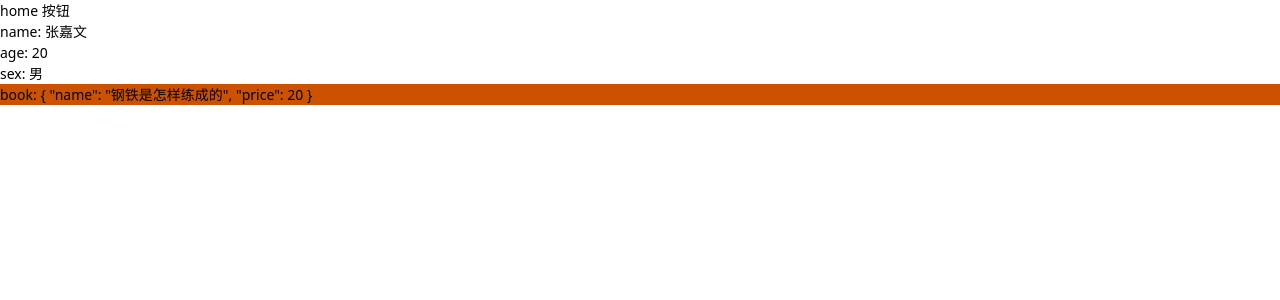
Repository: 596178924/vue3-ts-app
Page: /
These files come from the project's save history. The page is drawn as it stood at one moment and after the next save; the edit follows.
The browser window is 1280 px wide. The pictures show the whole page.
The project was rebuilt for these pictures with package versions that can differ from the ones it lists, and the page was loaded fresh each time. Also part of the build but not shown: vite.config.ts.

Above is the page before, as saved 2022-11-09 16:44:17.

After the next save:
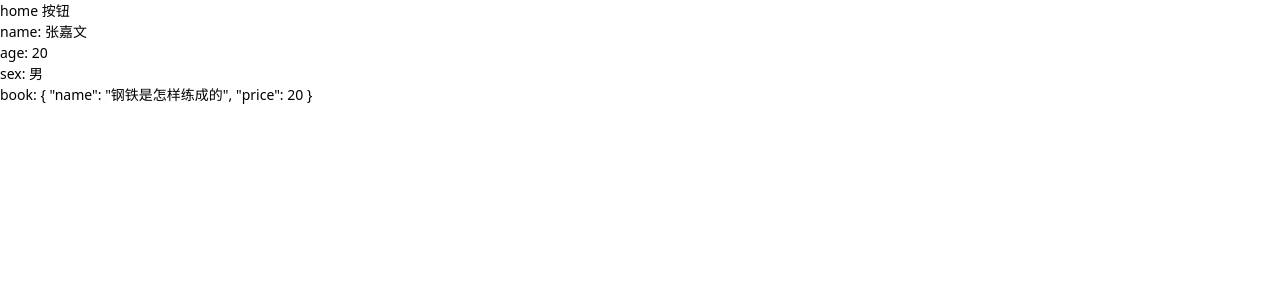
Saved 14 s later.
--- a/src/views/home/index.vue
+++ b/src/views/home/index.vue
@@ -25,14 +25,4 @@ const book = ref<Book>({
 </script>
 
 <style lang="less" scoped>
-// @selectors: blue, green, red;
-
-// each(@selectors, {
-//   .color-@{value} {
-//     color: @value;
-//   }
-// });
-.test {
-	background-color: multiply(#ff6600, #ccc);
-}
 </style>
